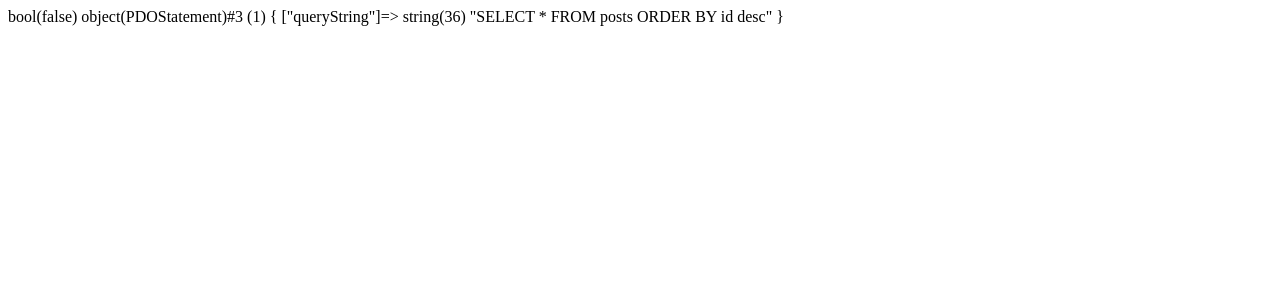
Repository: natuki-i/curriculum
Page: http://localhost/
The author's editor kept a copy of each file at every save. The page is drawn from the files as they stood at one save, then again after the next save.
The browser window is 1280 px wide. The pictures show the whole page.
The page is run by PHP 8.4 with error messages shown; the project is at /var/www/html/. Queries for data that is not in the repository find no rows.

Above is the page before, as saved 2023-01-13 15:43:55.

After the next save:
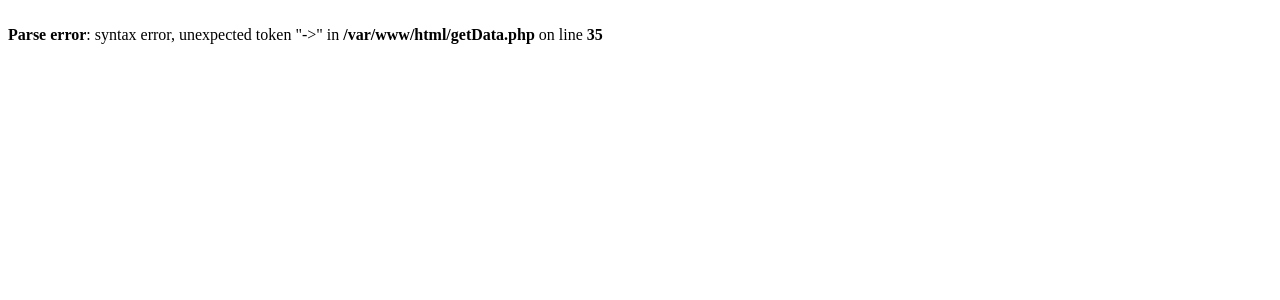
Saved 30 s later.
--- a/PHPjob/4-2/getData.php
+++ b/PHPjob/4-2/getData.php
@@ -32,6 +32,7 @@
     public function getPostData(){
         $getposts_sql = "SELECT * FROM posts ORDER BY id desc";
         $post_data = $this->pdo->query($getposts_sql);
+        ->fetch(PDO::FETCH_ASSOC);
         return $post_data;
     }
 }

After the save that followed:
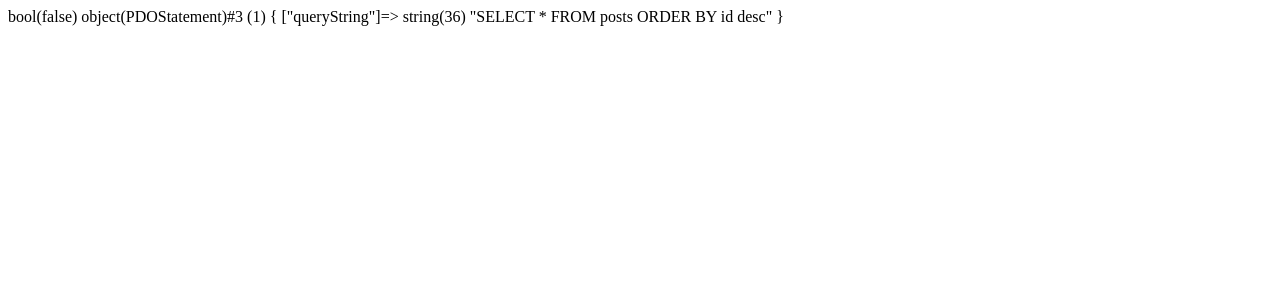
Saved 21 s later.
--- a/PHPjob/4-2/getData.php
+++ b/PHPjob/4-2/getData.php
@@ -32,7 +32,6 @@
     public function getPostData(){
         $getposts_sql = "SELECT * FROM posts ORDER BY id desc";
         $post_data = $this->pdo->query($getposts_sql);
-        ->fetch(PDO::FETCH_ASSOC);
         return $post_data;
     }
 }
